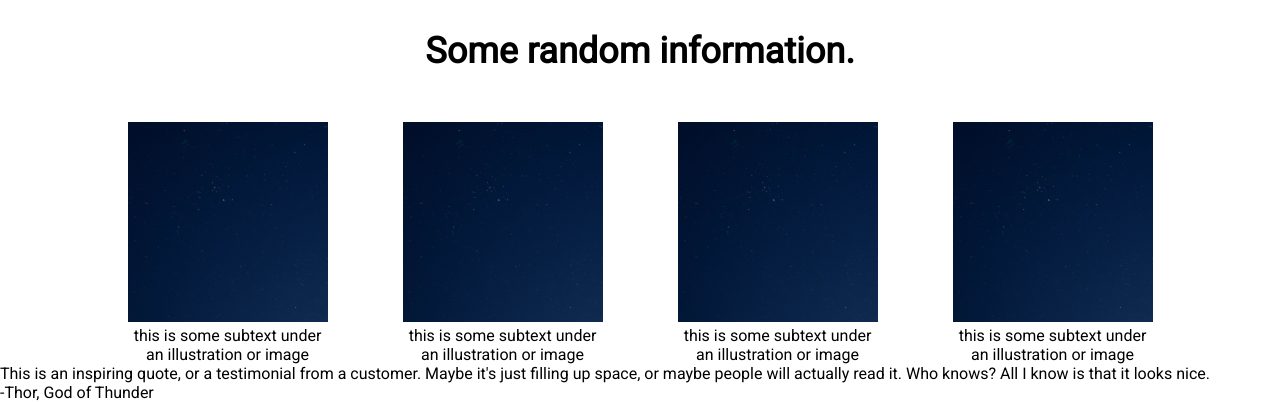
Repository: aaronestre/odin-landingpage
Page: index.html
The author's editor kept a copy of each file at every save. The page is drawn from the files as they stood at one save, then again after the next save.
The browser window is 1280 px wide. The pictures show the part of the page from y = 570 to 1102 px (the page is 972 px tall before and 1102 px after).
A picture or video elsewhere on the page could not be fetched, so the positions and the page height are approximate.

Above is the page before, as saved 2025-02-12 20:23:12.

After the next save:
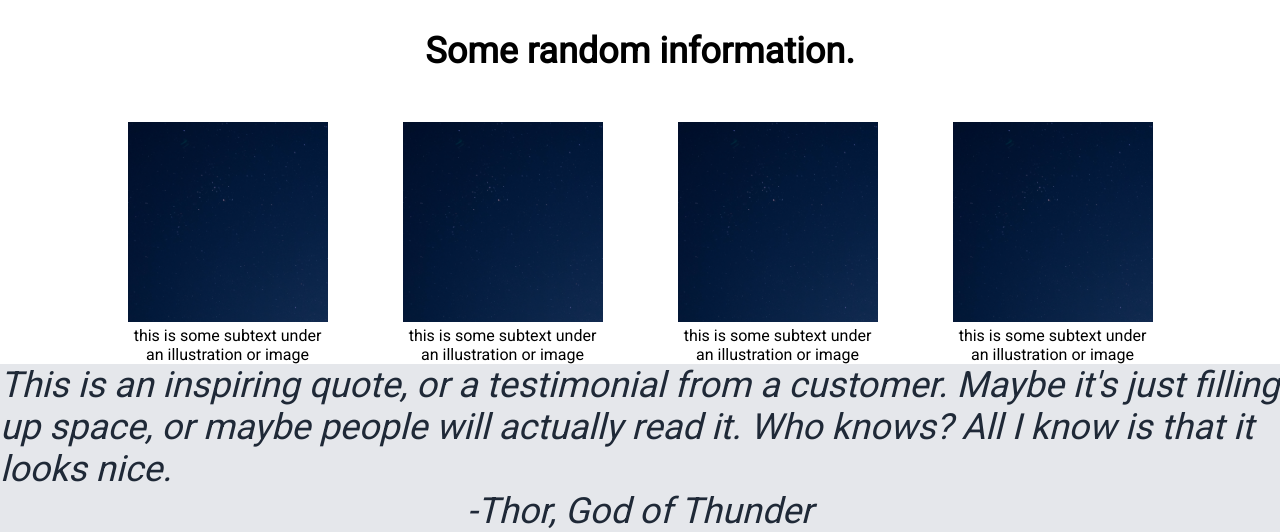
Saved 38 s later.
--- a/index.css
+++ b/index.css
@@ -97,3 +97,14 @@
     width: 200px;
     text-align: center;
 }
+
+.quote {
+    background-color: #e5e7eb;
+    display: flex;
+    flex-direction: column;
+    justify-content: center;
+    align-items: center;
+    font-size: 36px;
+    font-style: italic;
+    font-weight: 100;
+    color: #1f2937;
